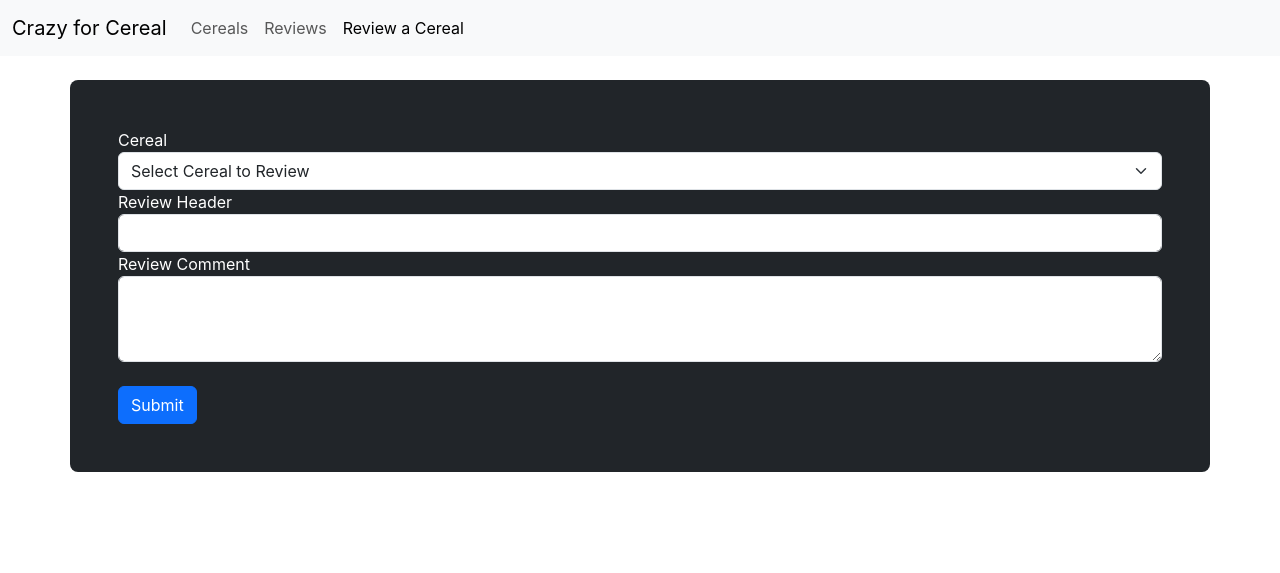
Repository: annferracane/project-3-sinatra
Page: /new-review (app in phase-3-project/)
The author's editor kept a copy of each file at every save. The page is drawn from the files as they stood at one save, then again after the next save.
The browser window is 1280 px wide. The pictures show the whole page.
The page's requests for data from a server got no answer. The project was rebuilt for these pictures with package versions that can differ from the ones it lists, and the page was loaded fresh each time. No one was signed in, and anything a server would have sent is missing. Also part of the build but not shown: phase-3-project/src/components/Cereal.js, phase-3-project/src/components/Cereals.js, phase-3-project/src/components/Main.js, phase-3-project/src/components/Review.js, phase-3-project/src/components/Reviews.js, phase-3-project/src/components/CerealDetail.js.

Above is the page before, as saved 2023-01-24 15:05:02.

After the next save:
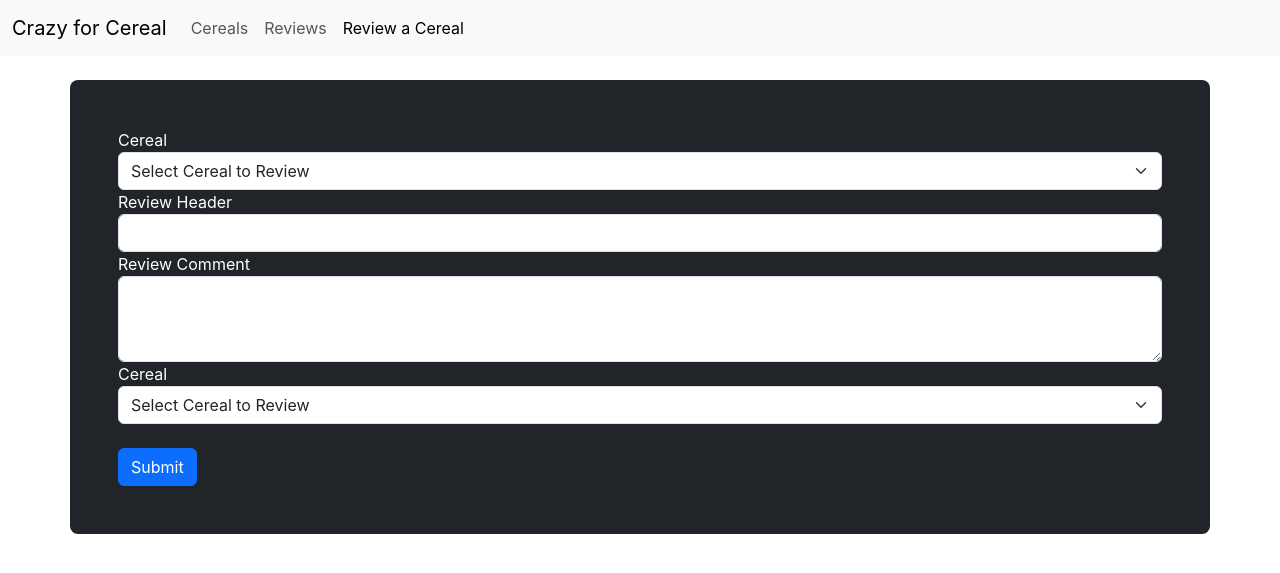
Saved 6 s later.
--- a/phase-3-project/src/components/NewReview.js
+++ b/phase-3-project/src/components/NewReview.js
@@ -57,6 +57,13 @@ function NewReview({ cereals, addNewReview }) {
                             <label htmlFor="comments">Review Comment</label>
                             <textarea className="form-control" id="exampleFormControlTextarea1" rows="3" value={comment} onChange={(e) => setComment(e.target.value)}></textarea>
                         </div>
+                        <div className="form-group">
+                            <label htmlFor="url">Cereal</label>
+                            <select className="form-select" value={ cerealId } onChange={(e) => setCerealId(e.target.value)} aria-label="Default select example">
+                                <option value="0" selected>Select Cereal to Review</option>
+                                { cerealArray }
+                            </select>
+                        </div>
                         <br></br>
                         <button type="submit" className="btn btn-primary">Submit</button>
                     </form>
